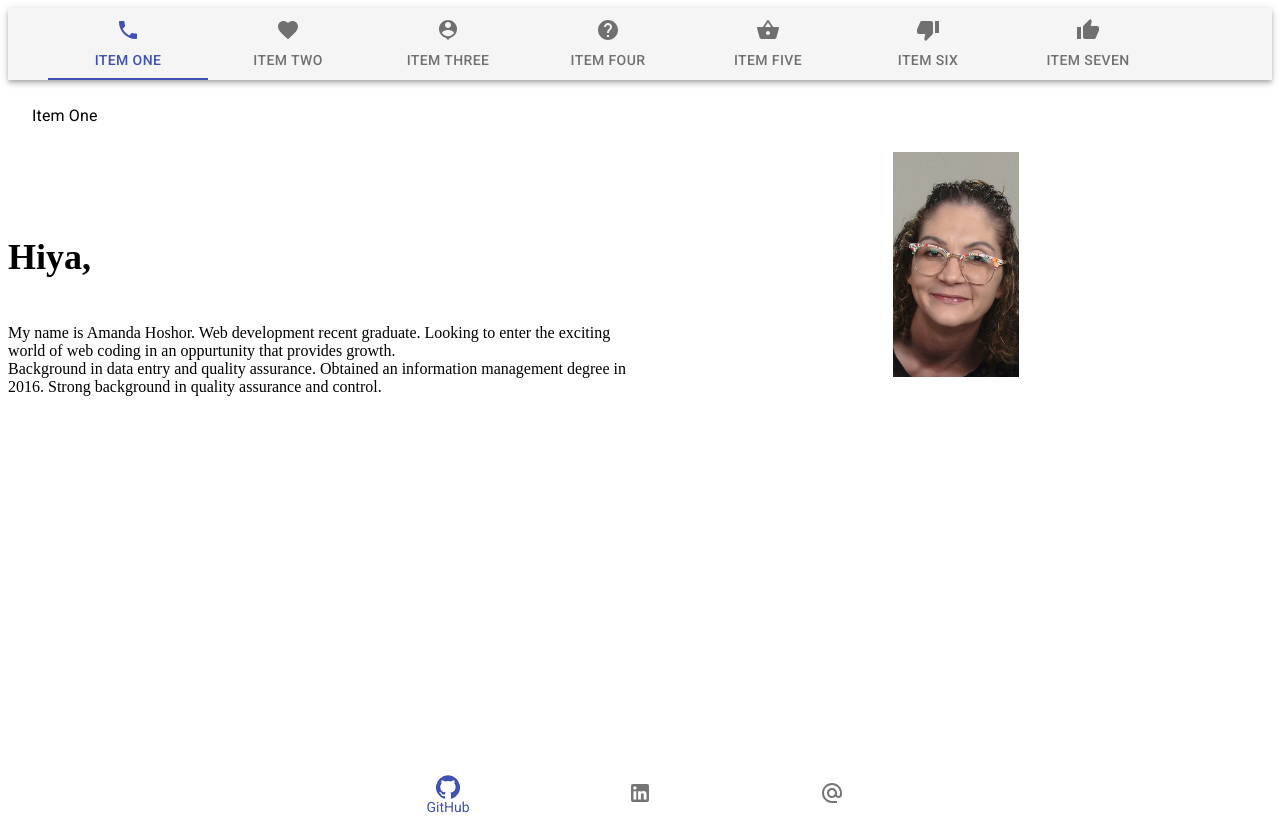
Repository: mandahos/hoshor
Page: /
These files come from the project's save history. The page is drawn as it stood at one moment and after the next save; the edit follows.
The browser window is 1280 px wide. The pictures show the whole page.
The project was rebuilt for these pictures with package versions that can differ from the ones it lists, and the page was loaded fresh each time. Also part of the build but not shown: src/components/Portfolio/index.js, src/components/Resume/index.js. Imported but missing from the stored project, and not drawn on this page: src/assets/resume/Amanda_Hoshor_Resume.PDF, src/assets/resume/Resume_Hoshor (1).pdf.

Above is the page before, as saved 2021-08-19 21:22:31.

### public/index.html
<!DOCTYPE html>
<html lang="en">
  <head>
    <meta charset="utf-8" />
    <link rel="icon" href="%PUBLIC_URL%/favicon.ico" />
    <meta name="viewport" content="width=device-width, initial-scale=1" />
    <meta name="theme-color" content="#000000" />
    <meta
      name="description"
      content="Web site created using create-react-app"
    />
    <link rel="apple-touch-icon" href="%PUBLIC_URL%/logo192.png" />
    <link rel="stylesheet" href="https://fonts.googleapis.com/css?family=Roboto:300,400,500,700&display=swap" />
    <!--
      manifest.json provides metadata used when your web app is installed on a
      user's mobile device or desktop. See https://developers.google.com/web/fundamentals/web-app-manifest/
    -->
    <link rel="stylesheet" href="https://fonts.googleapis.com/icon?family=Material+Icons" />
    <link rel="manifest" href="%PUBLIC_URL%/manifest.json" />
    <!--
      Notice the use of %PUBLIC_URL% in the tags above.
      It will be replaced with the URL of the `public` folder during the build.
      Only files inside the `public` folder can be referenced from the HTML.

      Unlike "/favicon.ico" or "favicon.ico", "%PUBLIC_URL%/favicon.ico" will
      work correctly both with client-side routing and a non-root public URL.
      Learn how to configure a non-root public URL by running `npm run build`.
    -->
    <title>Hoshor</title>
  </head>
  <body>
    <noscript>You need to enable JavaScript to run this app.</noscript>
    <div id="root"></div>
    <!--
      This HTML file is a template.
      If you open it directly in the browser, you will see an empty page.

      You can add webfonts, meta tags, or analytics to this file.
      The build step will place the bundled scripts into the <body> tag.

      To begin the development, run `npm start` or `yarn start`.
      To create a production bundle, use `npm run build` or `yarn build`.
    -->
  </body>
</html>

### src/index.js
import React from 'react';
import ReactDOM from 'react-dom';
import './css/styles.css';
import App from './App';

ReactDOM.render(
  <React.StrictMode>
    <App />

  </React.StrictMode>,
  document.getElementById('root')
);

// If you want to start measuring performance in your app, pass a function
// to log results (for example: reportWebVitals(console.log))
// or send to an analytics endpoint. Learn more: https://bit.ly/CRA-vitals

### src/css/styles.css
.App {
  font-family: Arial, Helvetica, sans-serif;
  text-align: center;
  background-color: #7A6174;
  color: white
}
h1 {
  font-size: 48px;

}
h2 {
  font-size: 14px
}
.About {
  font-family: Cambria, Cochin, Georgia, Times, 'Times New Roman', serif
}
h3 {
  text-align: left;
}

p {
  text-align: left;
}

### src/App.js
import React, { useState } from "react";
import "./css/styles.css";
import  Navigation from "./components/Navigation";
import  Me  from "./components/Me";
import  Footer  from "./components/Footer";
import Portfolio from "./components/Portfolio";
import Resume from "./components/Resume"
// import background from "./assets/images/plug.png"


function App() {
  const [projects] = useState([
    {
      name: "Med-Planner",
      description: "A web application which provides caregivers and patients an easy solution for managing their apointments.",
      url: "https://mandahos.github.io/med-planner/",
      github: "https://github.com/mandahos/med-planner.git",
      image: "med-planner.jpg"

    }
  ])

  const [meSelected, setMeSelected] = useState(true);
  const [portfolioSelected, setPortfolioSelected] = useState(false);
  const [resumeSelected, setResumeSelected] = useState (false);



  return (
    <div>
      <Navigation
      meSelected={meSelected}
      setMeSelected={setMeSelected}
      portfolioSelected={portfolioSelected}
      setPortfolioSelected={setPortfolioSelected}
      resumeSelected={resumeSelected}
      setResumeSelected={setResumeSelected}
      />

      {portfolioSelected ? (<Portfolio projects={projects}/>)
        : resumeSelected ? (<Resume />)
        : (<Me />)}

        <Footer />
    </div>
  );
}

export default App;

### src/components/Navigation/index.js
import React from 'react';
import PropTypes from 'prop-types';
import { makeStyles } from '@material-ui/core/styles';
import AppBar from '@material-ui/core/AppBar';
import Tabs from '@material-ui/core/Tabs';
import Tab from '@material-ui/core/Tab';
import PhoneIcon from '@material-ui/icons/Phone';
import FavoriteIcon from '@material-ui/icons/Favorite';
import PersonPinIcon from '@material-ui/icons/PersonPin';
import HelpIcon from '@material-ui/icons/Help';
import ShoppingBasket from '@material-ui/icons/ShoppingBasket';
import ThumbDown from '@material-ui/icons/ThumbDown';
import ThumbUp from '@material-ui/icons/ThumbUp';
import Typography from '@material-ui/core/Typography';
import Box from '@material-ui/core/Box';



function TabPanel(props) {
  const { children, value, index, ...other } = props;

  return (
    <div
      role="tabpanel"
      hidden={value !== index}
      id={`scrollable-force-tabpanel-${index}`}
      aria-labelledby={`scrollable-force-tab-${index}`}
      {...other}
    >
      {value === index && (
        <Box p={3}>
          <Typography>{children}</Typography>
        </Box>
      )}
    </div>
  );
}

TabPanel.propTypes = {
  children: PropTypes.node,
  index: PropTypes.any.isRequired,
  value: PropTypes.any.isRequired,
};

function a11yProps(index) {
  return {
    id: `scrollable-force-tab-${index}`,
    'aria-controls': `scrollable-force-tabpanel-${index}`,
  };
}

const useStyles = makeStyles((theme) => ({
  root: {
    flexGrow: 1,
    width: '100%',
    backgroundColor: theme.palette.background.paper,
  },
}));

export default function ScrollableTabsButtonForce() {
  const classes = useStyles();
  const [value, setValue] = React.useState(0);

  const handleChange = (event, newValue) => {
    setValue(newValue);
  };

  return (
    <div className={classes.root}>
      <AppBar position="static" color="default">
        <Tabs
          value={value}
          onChange={handleChange}
          variant="scrollable"
          scrollButtons="on"
          indicatorColor="primary"
          textColor="primary"
          aria-label="scrollable force tabs example"
        >
          <Tab label="Item One" icon={<PhoneIcon />} {...a11yProps(0)} />
          <Tab label="Item Two" icon={<FavoriteIcon />} {...a11yProps(1)} />
          <Tab label="Item Three" icon={<PersonPinIcon />} {...a11yProps(2)} />
          <Tab label="Item Four" icon={<HelpIcon />} {...a11yProps(3)} />
          <Tab label="Item Five" icon={<ShoppingBasket />} {...a11yProps(4)} />
          <Tab label="Item Six" icon={<ThumbDown />} {...a11yProps(5)} />
          <Tab label="Item Seven" icon={<ThumbUp />} {...a11yProps(6)} />
        </Tabs>
      </AppBar>
      <TabPanel value={value} index={0}>
        Item One
      </TabPanel>
      <TabPanel value={value} index={1}>
        Item Two
      </TabPanel>
      <TabPanel value={value} index={2}>
        Item Three
      </TabPanel>
      <TabPanel value={value} index={3}>
        Item Four
      </TabPanel>
      <TabPanel value={value} index={4}>
        Item Five
      </TabPanel>
      <TabPanel value={value} index={5}>
        Item Six
      </TabPanel>
      <TabPanel value={value} index={6}>
        Item Seven
      </TabPanel>
    </div>
  );
}

### src/components/Me/index.js
import React from 'react';
import {
  Container,
  Stack,
  Flex,
  Box,
  Heading,
  Text,
  Image

} from '@chakra-ui/react';


import picture from '../../assets/images/react-profile.png'

export default function Me() {


  return (

    <Container maxW={'7xl'}>
      <Stack
        align={'center'}
        spacing={{ base: 8, md: 10 }}
        py={{ base: 20, md: 28 }}
        direction={{ base: 'column', md: 'row' }}>

        <Stack flex={1} spacing={{ base: 5, md: 10 }}>
          <Heading
            lineHeight={1.1}
            fontWeight={800}
            fontSize={36}
            >
            <Text
              as={'span'}
              position={'relative'}
              _after={{
                content: "''",
                width: 'full',
                height: '80%',
                position: 'absolute',
                bottom: 1,
                left: 0,
                bg: 'red.400',
                zIndex: -1,

              }}>
              Hiya,
            </Text>
            <br />

          </Heading>
          <Text color={'black.500'}>
            My name is Amanda Hoshor. Web development recent graduate. Looking to enter the exciting world of web coding in an oppurtunity that provides growth.
            <br/>
            Background in data entry and quality assurance. Obtained an information management degree in 2016. Strong background in quality assurance and control.
          </Text>
          <Stack
            spacing={{ base: 4, sm: 6 }}
            direction={{ base: 'column', sm: 'row' }}>

          </Stack>
        </Stack>
        <Flex
          flex={1}
          justify={'center'}
          align={'center'}
          position={'relative'}
          w={'full'}>

          <Box
            position={'relative'}
            height={'300px'}
            rounded={'2xl'}
            boxShadow={'2xl'}
            width={'full'}
            overflow={'hidden'}>

            <Image
              alt={'Me'}
              fit={'cover'}
              align={'center'}
              w={'100%'}
              h={'75%'}
              src={
                picture
              }
            />
          </Box>
        </Flex>
      </Stack>
    </Container>
  );
}

### src/components/Footer/index.js
import React from 'react';
import { makeStyles } from '@material-ui/core/styles';
import BottomNavigation from '@material-ui/core/BottomNavigation';
import BottomNavigationAction from '@material-ui/core/BottomNavigationAction';
import LinkedInIcon from '@material-ui/icons/LinkedIn';
import GitHubIcon from '@material-ui/icons/GitHub';
import AlternateEmailIcon from '@material-ui/icons/AlternateEmail';
import CSS from './footer.css'

const useStyles = makeStyles({
  root: {
    width: 500,
  },
});

export default function LabelBottomNavigation() {
  const footer = useStyles();
  const [value, setValue] = React.useState('recents');

  const handleChange = (event, newValue) => {
    setValue(newValue);
  };

  return (
    <BottomNavigation value={value} onChange={handleChange} className={footer}>
      <BottomNavigationAction a href="https://github.com/mandahos" label="GitHub" value="recents" icon={<GitHubIcon />} />
      <BottomNavigationAction a href="https://www.linkedin.com/in/amanda-hoshor/" label="LinkedIn" value="favorites" icon={<LinkedInIcon />} />
      <BottomNavigationAction a href="mailto:hoshor.manda@gmail.com" label="Email" value="nearby" icon={<AlternateEmailIcon />} />

    </BottomNavigation>
  );
}

### src/components/Footer/footer.css
.root {
    display: block;
    margin-left: auto;
    margin-right: auto;
    margin-top: 25%;
    justify-content: center;
}

After the next save:
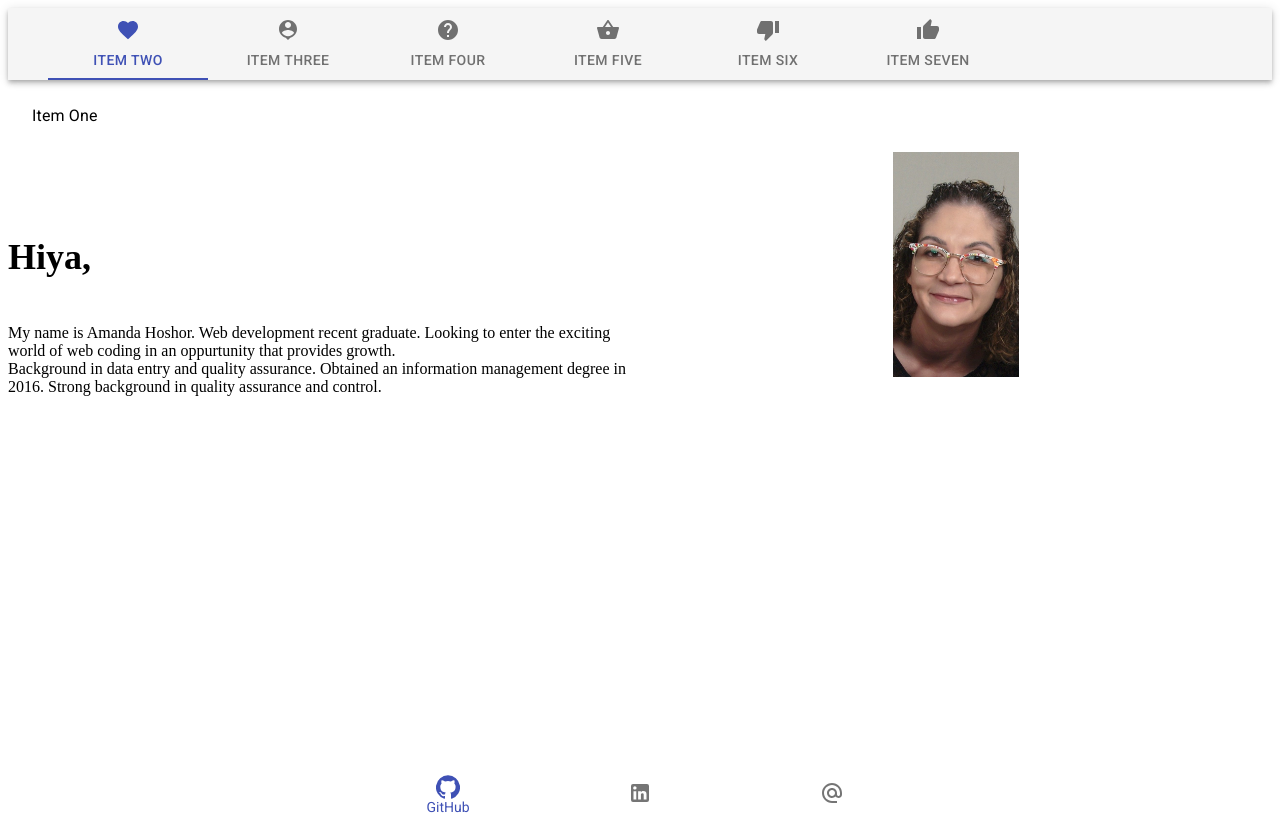
Saved 6 min 7 s later.
--- a/src/components/Navigation/index.js
+++ b/src/components/Navigation/index.js
@@ -77,7 +77,7 @@ export default function ScrollableTabsButtonForce() {
           textColor="primary"
           aria-label="scrollable force tabs example"
         >
-          <Tab label="Item One" icon={<PhoneIcon />} {...a11yProps(0)} />
+
           <Tab label="Item Two" icon={<FavoriteIcon />} {...a11yProps(1)} />
           <Tab label="Item Three" icon={<PersonPinIcon />} {...a11yProps(2)} />
           <Tab label="Item Four" icon={<HelpIcon />} {...a11yProps(3)} />
